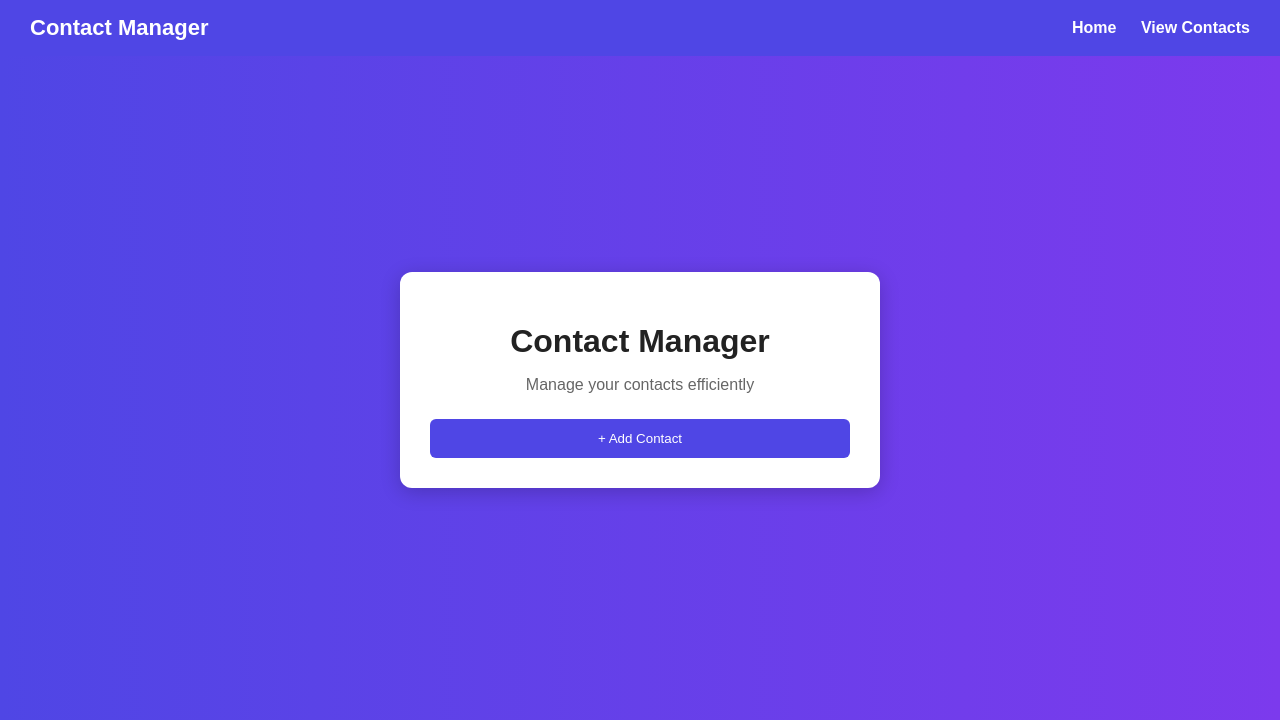
Repository: Slyadavkir/wipro-projects
Page: http://localhost/ContactManager/
An editor plug-in stored every save of this project. The page is shown before and after the next save, followed by the edit.
The browser window is 1280 px wide. The pictures show the whole page.
The page is served by Tomcat 9.

Above is the page before, as saved 2026-05-10 16:50:31.

After the next save:
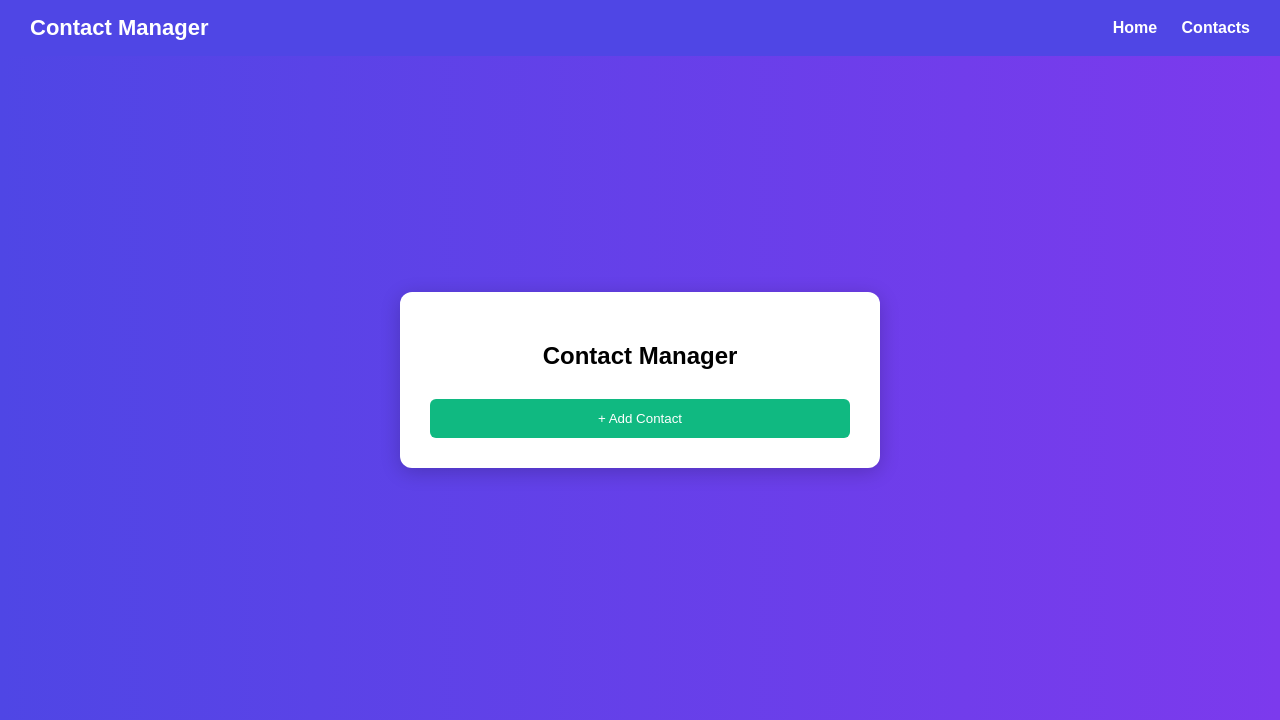
Saved 101 s later.
--- a/ContactManager/src/main/webapp/index.jsp
+++ b/ContactManager/src/main/webapp/index.jsp
@@ -1,5 +1,4 @@
 <%@ page contentType="text/html;charset=UTF-8" %>
-<%@ taglib uri="http://java.sun.com/jsp/jstl/core" prefix="c" %>
 
 <!DOCTYPE html>
 <html>
@@ -21,23 +20,19 @@
             display:flex;
             justify-content:space-between;
             align-items:center;
+            color:white;
         }
 
         .logo{
-            color:white;
             font-size:22px;
             font-weight:bold;
         }
 
         .nav-links a{
             color:white;
+            margin-left:20px;
             text-decoration:none;
-            margin-left:20px;
             font-weight:bold;
-        }
-
-        .nav-links a:hover{
-            text-decoration:underline;
         }
 
         .main-container{
@@ -47,7 +42,7 @@
             align-items:center;
         }
 
-        .contact-card{
+        .card{
             width:420px;
             background:white;
             padding:30px;
@@ -55,56 +50,40 @@
             box-shadow:0 4px 20px rgba(0,0,0,0.2);
         }
 
-        h1{
-            text-align:center;
-            margin-bottom:10px;
-            color:#222;
+        .input-group{
+            margin-bottom:15px;
         }
 
-        .subtitle{
-            text-align:center;
-            color:#666;
-            margin-bottom:25px;
-        }
-
-        .input-group{
-            margin-bottom:18px;
-        }
-
-        .input-group label{
-            display:block;
-            margin-bottom:6px;
-            font-weight:bold;
-            color:#333;
-        }
-
-        .input-group input{
+        input{
             width:100%;
-            padding:12px;
+            padding:10px;
             border:1px solid #ccc;
             border-radius:6px;
         }
 
-        .add-btn,
-        .save-btn{
+        .btn{
             width:100%;
             padding:12px;
+            background:#4f46e5;
+            color:white;
             border:none;
             border-radius:6px;
-            background:#4f46e5;
-            color:white;
             cursor:pointer;
         }
 
-        .add-btn:hover,
-        .save-btn:hover{
+        .btn:hover{
             background:#3730a3;
         }
 
-        .message{
-            text-align:center;
-            color:green;
-            margin-bottom:10px;
+        .toggle-btn{
+            width:100%;
+            padding:12px;
+            background:#10b981;
+            color:white;
+            border:none;
+            border-radius:6px;
+            cursor:pointer;
+            margin-top:10px;
         }
 
     </style>
@@ -112,56 +91,46 @@
 
 <body>
 
-<!-- NAVBAR -->
 <div class="navbar">
     <div class="logo">Contact Manager</div>
 
     <div class="nav-links">
-        <a href="<%= request.getContextPath() %>/">Home</a>
-        <a href="contacts.jsp">View Contacts</a>
+        <a href="index.jsp">Home</a>
+        <a href="contacts.jsp">Contacts</a>
     </div>
 </div>
 
-<!-- CENTER -->
 <div class="main-container">
 
-    <div class="contact-card">
+    <div class="card">
 
-        <h1>Contact Manager</h1>
-        <p class="subtitle">Manage your contacts efficiently</p>
+        <h2 style="text-align:center;">Contact Manager</h2>
 
-        <!-- SUCCESS MESSAGE -->
-      <%
-String msg = (String) session.getAttribute("message");
-if (msg != null) {
-%>
-
-<div style="color:green;text-align:center;">
-    <%= msg %>
-</div>
-
-<%
-session.removeAttribute("message");
-}
-%>
-
-        <button class="add-btn" onclick="toggleForm()">
+        <!-- TOGGLE BUTTON -->
+        <button class="toggle-btn" onclick="toggleForm()">
             + Add Contact
         </button>
 
-        <div id="contactForm" style="display:none; margin-top:15px;">
+        <!-- FORM -->
+        <div id="formBox" style="display:none; margin-top:15px;">
 
-          <form action="addContact" method="post" onsubmit="return validateForm()">
+            <form action="addContact" method="post" onsubmit="return validateForm()">
 
-    <input type="text" name="name" placeholder="Name" required>
+                <div class="input-group">
+                    <input type="text" name="name" placeholder="Name" required>
+                </div>
 
-    <input type="text" id="phone" name="phone" placeholder="Phone" required>
+                <div class="input-group">
+                    <input type="text" id="phone" name="phone" placeholder="Phone" required>
+                </div>
 
-    <input type="email" id="email" name="email" placeholder="Email" required>
+                <div class="input-group">
+                    <input type="email" id="email" name="email" placeholder="Email" required>
+                </div>
 
-    <button type="submit">Save Contact</button>
+                <button class="btn" type="submit">Save Contact</button>
 
-</form>
+            </form>
 
         </div>
 
@@ -170,21 +139,29 @@ session.removeAttribute("message");
 </div>
 
 <script>
+
+function toggleForm() {
+    let box = document.getElementById("formBox");
+
+    if (box.style.display === "none" || box.style.display === "") {
+        box.style.display = "block";
+    } else {
+        box.style.display = "none";
+    }
+}
+
+// validation
 function validateForm() {
 
     let phone = document.getElementById("phone").value;
     let email = document.getElementById("email").value;
 
-    // PHONE VALIDATION (10 digits)
-    let phonePattern = /^[0-9]{10}$/;
-    if (!phonePattern.test(phone)) {
-        alert("Phone number must be exactly 10 digits!");
+    if (!/^[0-9]{10}$/.test(phone)) {
+        alert("Phone must be exactly 10 digits!");
         return false;
     }
 
-    // EMAIL VALIDATION
-    let emailPattern = /^[A-Za-z0-9+_.-]+@[A-Za-z0-9.-]+$/;
-    if (!emailPattern.test(email)) {
+    if (!/^[A-Za-z0-9+_.-]+@[A-Za-z0-9.-]+$/.test(email)) {
         alert("Invalid email format!");
         return false;
     }
